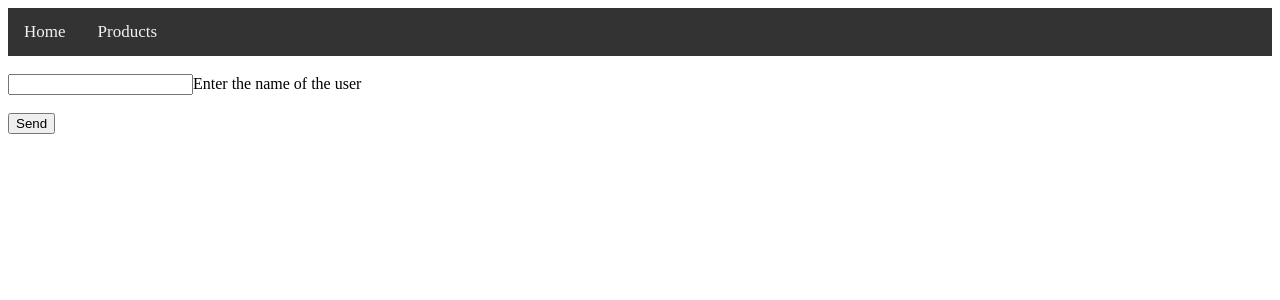
Repository: ibrar-uzair/Node-Course
Page: http://localhost/
An editor plug-in stored every save of this project. The page is shown before and after the next save, followed by the edit.
The browser window is 1280 px wide. The pictures show the whole page.
The page is served by the project's Node server (play.js).

Above is the page before, as saved 2021-11-16 14:32:23.

After the next save:
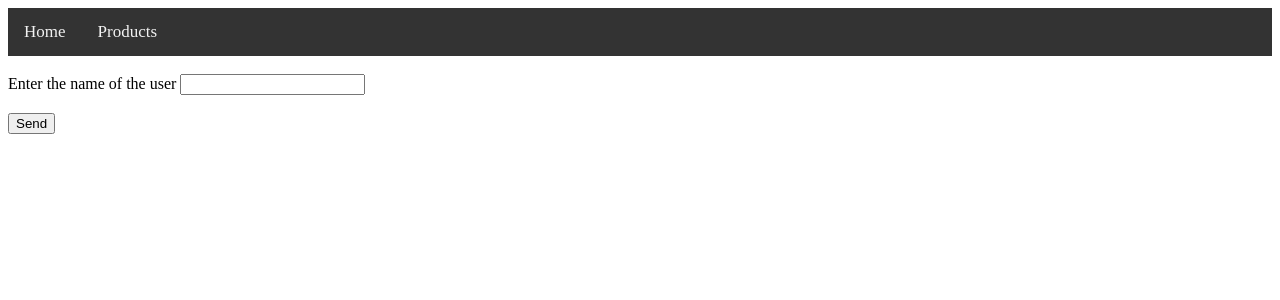
Saved 62 s later.
--- a/views/add-product.html
+++ b/views/add-product.html
@@ -42,7 +42,10 @@
         <br>
         <container>
             <form action="/add-user" method="POST">
-                <input type="text" name="name">Enter the name of the user</input><br>
+                <label>
+                    Enter the name of the user
+                </label>
+                <input type="text" name="name"></input><br>
                 <br>
                 <button>Send</button>
             </form>
